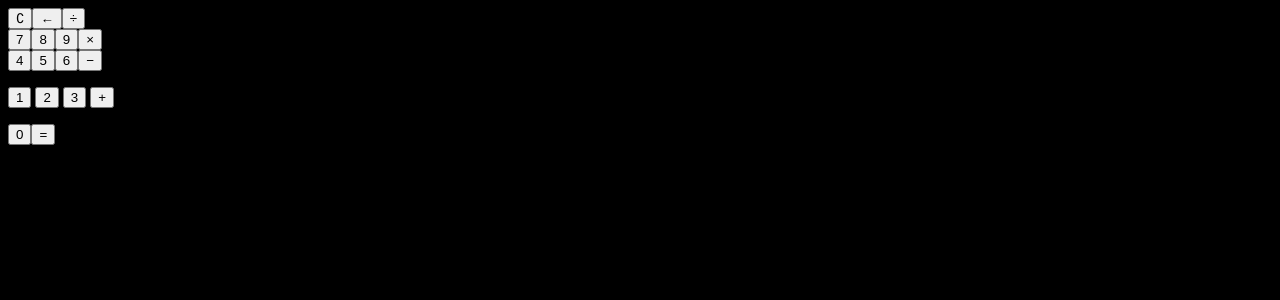
Repository: jontslater/LAB-calculator2
Page: index.html
These files come from the project's save history. The page is drawn as it stood at one moment and after the next save; the edit follows.
The browser window is 1280 px wide. The pictures show the whole page.

Above is the page before, as saved 2023-10-12 15:22:40.

After the next save:
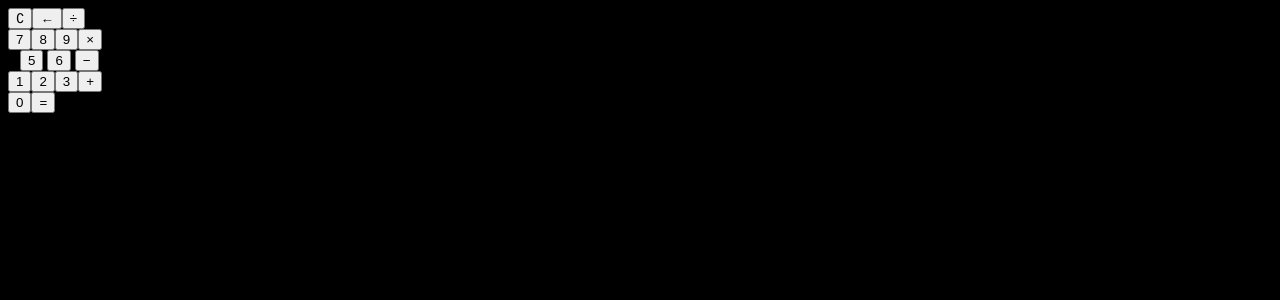
Saved 3 min 50 s later.
--- a/index.html
+++ b/index.html
@@ -12,36 +12,36 @@
   <div class="container">
 
   <table>
-    <button>&#8705;</button>
-    <button>&#8592;</button>
-    <button>&#247;</button>
+    <button class="orange">&#8705;</button>
+    <button class="orange">&#8592;</button>
+    <button class="orange">&#247;</button>
   </table>
 
   <table>
-    <button>7</button>
-    <button>8</button>
-    <button>9</button>
+    <button class="bottonss">7</button>
+    <button class="bottonss">8</button>
+    <button class="bottonss">9</button>
     <button>&#215;</button>
   </table>
 
   <table>
-    <button>4</button>
-    <button>5</button>
-    <button>6</button>
-    <button class="bottonss">&#8722;</button>
+    <buttonclass="bottonss">4</buttonclass=>
+    <button class="bottonss">5</button>
+    <button class="bottonss">6</button>
+    <button class="orange">&#8722;</button>
   </table>
 
-  <p>
-    <button class="bottonss" >1</button>
-    <button class="bottonss" >2</button>
-    <button class="bottonss" >3</button>
-    <button class="bottonss" >&#43;</button>
-  </p>
+  <table>
+    <button class="bottonss">1</button>
+    <button class="bottonss">2</button>
+    <button class="bottonss">3</button>
+    <button class="orange">&#43;</button>
+  </table>
 
 
   <table>
-    <button>0</button>
-    <button>&#61;</button>
+    <button class="bottonss">0</button>
+    <button class="orange">&#61;</button>
   </table>
 
   </div>
